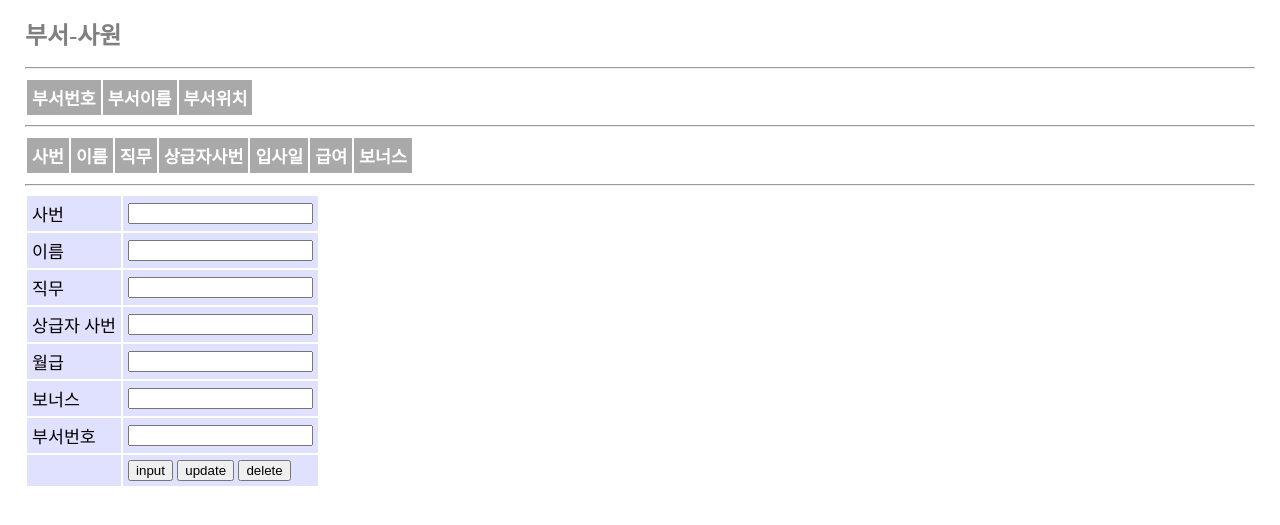
Repository: jjuiru/web-sts4
Page: http://localhost/_sb0322-1/WEB-INF/views/root.jsp
These files come from the project's save history. The page is drawn as it stood at one moment and after the next save; the edit follows.
The browser window is 1280 px wide. The pictures show the whole page.
The page is served by Tomcat 9. Nobody is signed in. Other server files are loaded and not shown. The template is opened directly, without the code that normally fills it, so the values that code supplies are empty.

Above is the page before, as saved 2024-03-22 11:24:01.

### _sb0322-1/src/main/webapp/WEB-INF/views/root.jsp
<%@ page language="java" contentType="text/html; charset=UTF-8"
	pageEncoding="UTF-8"%>
<%@ taglib prefix="c" uri="http://java.sun.com/jsp/jstl/core"%>

<!DOCTYPE HTML>
<head>
<title>top page</title>
<meta http-equiv="Content-Type" content="text/html; charset=UTF-8" />
<style>
h1 {
	font-size: 18pt;
	font-weight: bold;
	color: gray;
}

body {
	font-size: 13pt;
	color: gray;
	margin: 5px 25px;
}

tr {
	margin: 5px;
}

th {
	padding: 5px;
	color: white;
	background: darkgray;
}

td {
	padding: 5px;
	color: black;
	background: #e0e0ff;
}

.err {
	color: red;
}
</style>
</head>
<body>
	<h1>부서-사원</h1>
	<hr />
	<table>
		<tr>
			<th>부서번호</th>
			<th>부서이름</th>
			<th>부서위치</th>
		</tr>
		<c:forEach var="dept" items="${list}">
			<tr>
				<td><a href="selectEmp?deptno=${dept.deptno}">${dept.deptno}</a></td>
				<td>${dept.dname}</td>
				<td>${dept.loc}</td>
			</tr>
		</c:forEach>
	</table>
	<hr />

	<table>
		<tr>
			<th>사번</th>
			<th>이름</th>
			<th>직무</th>
			<th>상급자사번</th>
			<th>입사일</th>
			<th>급여</th>
			<th>보너스</th>
		</tr>
		<c:forEach var="emp" items="${list2}">
			<tr>
				<td><a href="updateForm1?empno=${emp.empno}">${emp.empno}</a></td>
				<td>${emp.ename}</td>
				<td>${emp.job}</td>
				<td>${emp.mgr}</td>
				<td>${emp.hiredate}</td>
				<td>${emp.sal}</td>
				<td>${emp.comm}</td>
			</tr>
		</c:forEach>
	</table>
	<hr />
<form id="empForm" method="post" action="input">
    <table>
        <tr>
            <td><label for="empno">사번</label></td>
            <td><input type="text" name="empno" value="${list3.empno}"  /></td>
        </tr>
        <tr>
            <td><label for="ename">이름</label></td>
            <td><input type="text" name="ename" value="${list3.ename}" /></td>
        </tr>
        <tr>
            <td><label for="job">직무</label></td>
            <td><input type="text" name="job" value="${list3.job}" /></td>
        </tr>
        <tr>
            <td><label for="mgr">상급자 사번</label></td>
            <td><input type="text" name="mgr" value="${list3.mgr}" /></td>
        </tr>
        <tr>
            <td><label for="sal">월급</label></td>
            <td><input type="text" name="sal" value="${list3.sal}" /></td>
        </tr>
        <tr>
            <td><label for="comm">보너스</label></td>
            <td><input type="text" name="comm" value="${list3.comm}" /></td>
        </tr>
        <tr>
            <td><label for="deptno">부서번호</label></td>
            <td><input type="text" name="deptno" value="${list3.deptno}" /></td>
        </tr>
        <tr>
            <td></td>
            <td>
                <input type="submit" value="input" />
                <input type="button" value="update" onclick="submitForm('update')" />
                <input type="button" value="delete" onclick="submitForm('delete')" />
            </td>
        </tr>
    </table>
</form>

<script>
    function submitForm(action) {
        document.getElementById('empForm').action = action;
        document.getElementById('empForm').submit();
    }
</script>

</body>
</html>

After the next save:
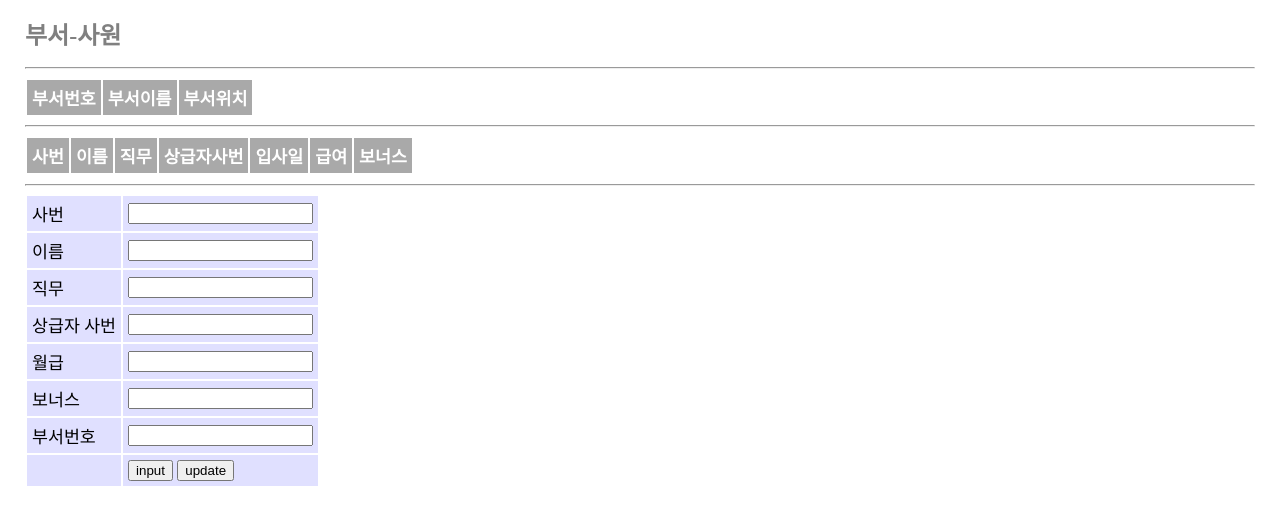
Saved 10 s later.
--- a/_sb0322-1/src/main/webapp/WEB-INF/views/root.jsp
+++ b/_sb0322-1/src/main/webapp/WEB-INF/views/root.jsp
@@ -117,7 +117,7 @@ td {
             <td>
                 <input type="submit" value="input" />
                 <input type="button" value="update" onclick="submitForm('update')" />
-                <input type="button" value="delete" onclick="submitForm('delete')" />
+
             </td>
         </tr>
     </table>
